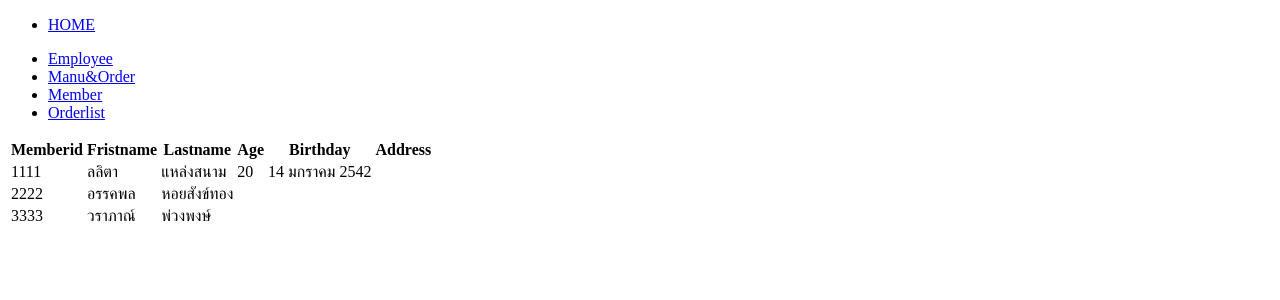
Repository: WarapornPum/OoadProject
Page: http://localhost/PizzaOrderSystem/Member.jsp
These files come from the project's save history. The page is drawn as it stood at one moment and after the next save; the edit follows.
The browser window is 1280 px wide. The pictures show the whole page.
The page is served by Tomcat 9.

Above is the page before, as saved 2019-02-17 15:59:00.

After the next save:
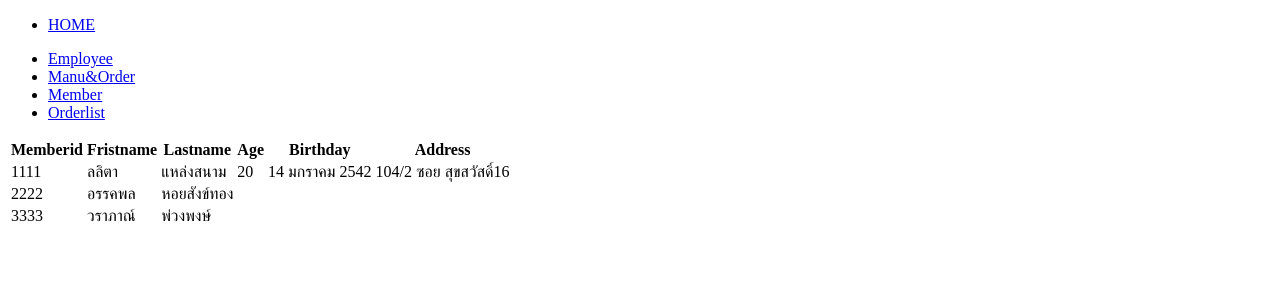
Saved 2 min 54 s later.
--- a/PizzaOrderSystem/WebContent/Member.jsp
+++ b/PizzaOrderSystem/WebContent/Member.jsp
@@ -47,6 +47,7 @@
 							<td>แหล่งสนาม</td>
 							<td>20</td>
 							<td>14 มกราคม 2542</td>
+							<td>104/2 ซอย สุขสวัสดิ์16</td>
 						</tr>
 						<tr class="table-success">
 							<td>2222</td>
